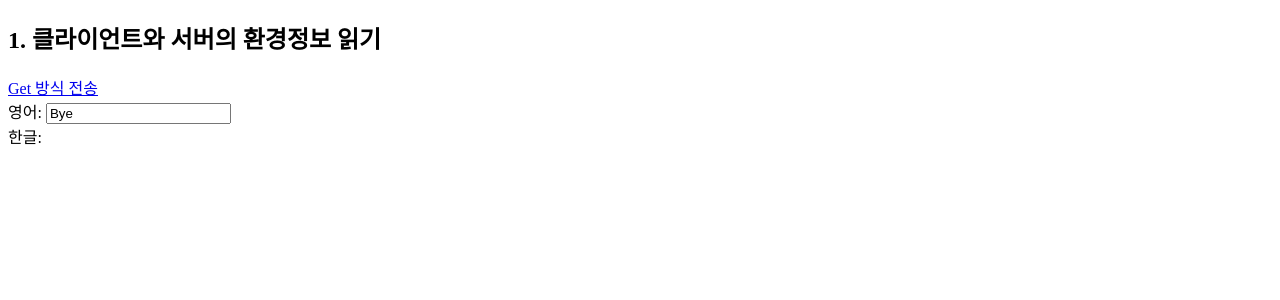
Repository: bhj305/JSP_Servlet
Page: http://localhost/MustHaveJSP/02ImplicitObject/RequestMain.jsp
The author's editor kept a copy of each file at every save. The page is drawn from the files as they stood at one save, then again after the next save.
The browser window is 1280 px wide. The pictures show the whole page.
The page is served by Tomcat 10. Other server files are loaded and not shown.

Above is the page before, as saved 2025-05-02 05:47:03.

### MustHaveJSP/src/main/webapp/02ImplicitObject/RequestMain.jsp
<%@ page language="java" contentType="text/html; charset=UTF-8"
    pageEncoding="UTF-8"%>
<!DOCTYPE html>
<html>
	<head>
	<meta charset="UTF-8">
	<title>내장 객체 - request</title>
	</head>
	<body>
		<h2>1. 클라이언트와 서버의 환경정보 읽기</h2>
		<a href='./RequestWebInfo.jsp?eng=Hello&han=안녕'>
		Get 방식 전송
		</a>
		<br/>
		<form action="./RequestWebInfo.jsp" method="post" accept-charset="UTF-8">
			영어: <input type="text" name="eng" value="Bye" /><br/>
			한글:
		</form>
	</body>
</html>

After the next save:
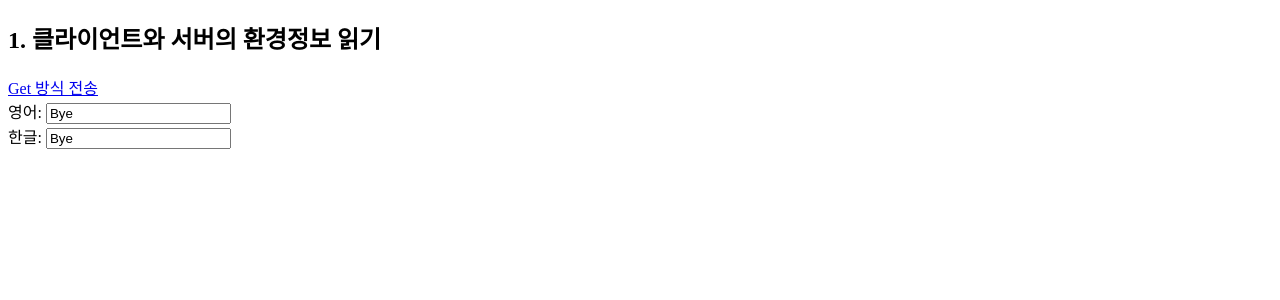
Saved 12 s later.
--- a/MustHaveJSP/src/main/webapp/02ImplicitObject/RequestMain.jsp
+++ b/MustHaveJSP/src/main/webapp/02ImplicitObject/RequestMain.jsp
@@ -14,7 +14,7 @@
 		<br/>
 		<form action="./RequestWebInfo.jsp" method="post" accept-charset="UTF-8">
 			영어: <input type="text" name="eng" value="Bye" /><br/>
-			한글:
+			한글: <input type="text" name="han" value="Bye" /><br/>
 		</form>
 	</body>
 </html>
